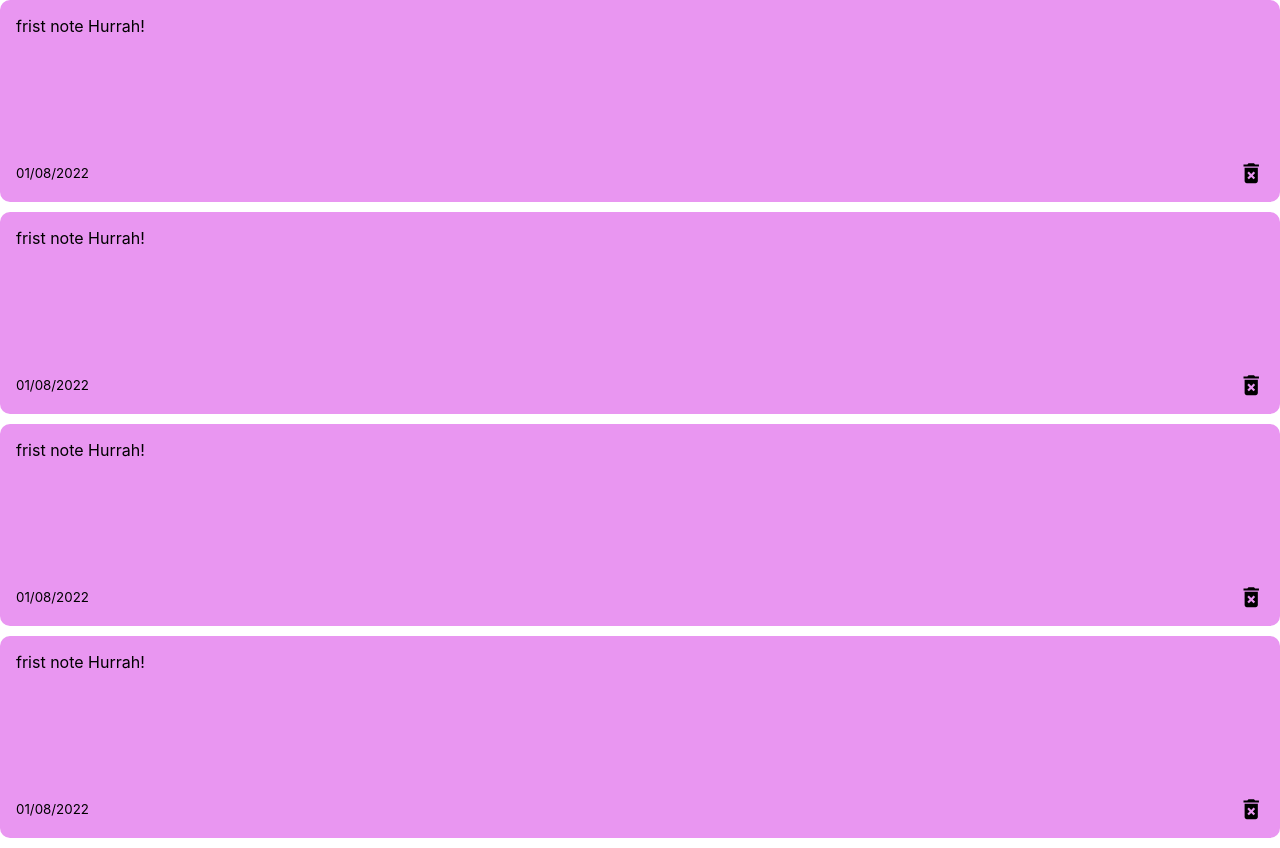
Repository: DeraBola/react-notes-app
Page: /
These files come from the project's save history. The page is drawn as it stood at one moment and after a run of saves; the edit follows.
The browser window is 1280 px wide. The pictures show the whole page.
The project was rebuilt for these pictures with package versions that can differ from the ones it lists, and the page was loaded fresh each time.

Above is the page before, as saved 2022-08-01 08:36:49.

### src/index.js
import React from 'react';
import ReactDOM from 'react-dom/client';
import './index.css';
import App from './App';


const root = ReactDOM.createRoot(document.getElementById('root'));
root.render(
  <React.StrictMode>
    <App />
  </React.StrictMode>
);

### src/index.css
body {
    margin: 0;
    font-family: -apple-system, BlinkMacSystemFont, 'Segoe UI', 'Roboto', 'Oxygen', 'Ubuntu', 'Cantarell', 'Fira Sans', 'Droid Sans', 'Helvetica Neue', sans-serif;
    -webkit-font-smoothing: antialiased;
    -moz-osx-font-smoothing: grayscale;
}

code {
    font-family: source-code-pro, Menlo, Monaco, Consolas, 'Courier New', monospace;
}

.note {
    background-color: #e996f1;
    margin-bottom: 10px;
    border-radius: 10px;
    padding: 1rem;
    min-height: 170px;
    display: flex;
    flex-direction: column;
    justify-content: space-between;
}

.note-footer {
    display: flex;
    align-items: center;
    justify-content: space-between;
}

### src/App.js
import NotesList from './components/NotesList';

 const App = () =>{
   return(
    <div className="container" >
      <NotesList />
    </div>
   )
 }

 export default App;

### src/components/NotesList.js
import Note from './Note';

const NotesList  = () => {
return(
    <div className='notes-list'>
        <Note />
        <Note />
        <Note />
        <Note />
    </div>
);
};

export default NotesList;

### src/components/Note.js

import { MdDeleteForever } from 'react-icons/md'

const Note  = () => {
    return(
        <div className='note'>
             <span>frist note Hurrah!</span>
             <div className="note-footer">
                <small>01/08/2022</small>
                <MdDeleteForever className='delete-icon' size='0.7cm' />
             </div>
        </div>
    );
    };

    export default Note;

Loaded but not shown: public/index.html (common file)

After the next 2 saves:
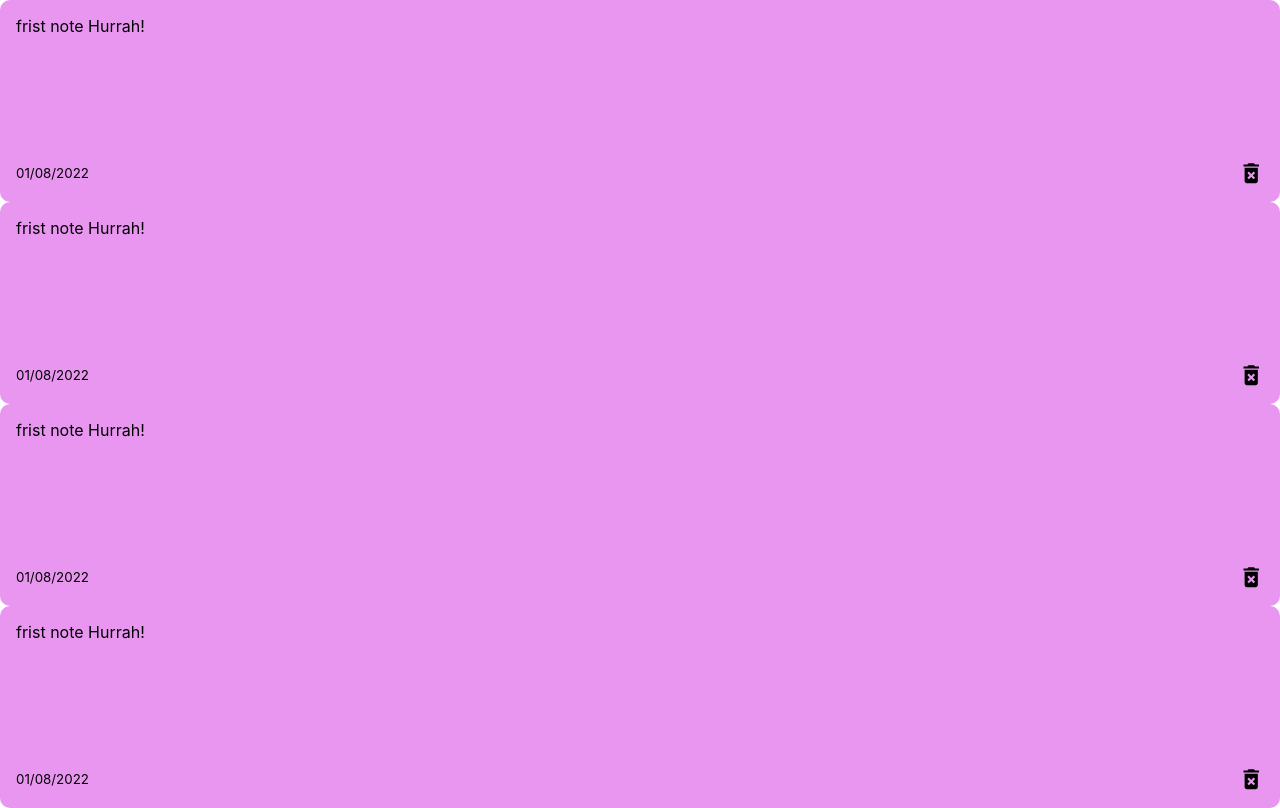
The 2 saves are shown as one change because they came seconds apart.
The last was saved 56 s later.
--- a/src/index.css
+++ b/src/index.css
@@ -9,9 +9,10 @@ code {
     font-family: source-code-pro, Menlo, Monaco, Consolas, 'Courier New', monospace;
 }
 
+{}
+
 .note {
     background-color: #e996f1;
-    margin-bottom: 10px;
     border-radius: 10px;
     padding: 1rem;
     min-height: 170px;
